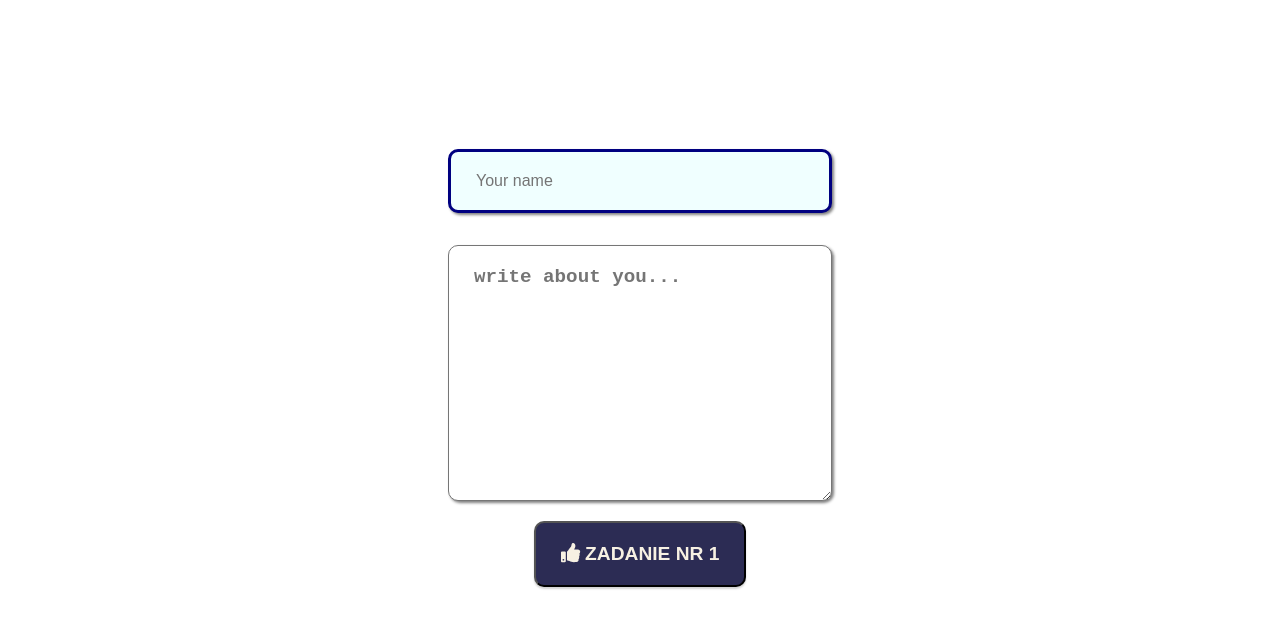
Repository: KrzysKolo/sr_tydzien3_zad_1_2_3
Page: /
An editor plug-in stored every save of this project. The page is shown before and after the next save, followed by the edit.
The browser window is 1280 px wide. The pictures show the whole page.
The project was rebuilt for these pictures with package versions that can differ from the ones it lists, and the page was loaded fresh each time.

Above is the page before, as saved 2020-11-02 17:57:10.

### src/App.js
import React,  { Component } from 'react';
import { Button, Input, Textarea } from './components/Form'
import { faThumbsUp } from "@fortawesome/free-solid-svg-icons";
import './App.css';

class App extends Component {
  state = {  }

  render() {

    return (
      <div className="app">
        <Input bgColor="azure" color="navy" borderSize="3px" borderRadius="10px" borderColor="navy" placeholder="Your name" />
        <Textarea bgColor="swan white" color="grey porcelain" borderSize="3px" borderRadius="10px" borderColor="grey porcelain" placeholder="write about you..." />
        <Button  bgColor="lucky point" color="swan white" label="Zadanie nr 1" icon={faThumbsUp}/>
      </div>
     );
  }
}

export default App;

### src/components/Form/index.js
export { default as Button} from "./Button";
export { default as Input} from "./Input";
export { default as Textarea} from "./Textarea";

### src/App.css
* {
  padding: 0;
  margin: 0;
  box-sizing: border-box;
}
.app {
  display: flex;
  flex-direction: column;
  justify-content: center;
  align-items: center;
  height: 100vh;
}

### src/components/Form/Button.js
import React from 'react';
import styled from 'styled-components';
import ColorPalet from './../Colors/ColorPalet'
import { FontAwesomeIcon } from '@fortawesome/react-fontawesome';
import { faAngellist } from '@fortawesome/free-brands-svg-icons';

const Button = ({label, color, bgColor, icon}) => {
    const Button = styled.button`
    background-color: ${ColorPalet[bgColor.toLowerCase()]};
    border-radius: 10px;
    box-shadow: 0px 2px 2px lightgray;
    color: ${ColorPalet[color.toLowerCase()]};
    cursor: pointer;
    font-weight: bold;
    font-size: 1.2rem;
    outline: 0;
    padding: 20px 25px;
    text-transform: uppercase;
    transition: ease background-color, color 0.6s;
    &:hover {
        background-color: ${ColorPalet[color.toLowerCase()]};
        color: ${ColorPalet[bgColor.toLowerCase()]};
    }
    `;
    return (

        <div>
            <Button >
                <FontAwesomeIcon icon={icon} /> {label}
            </Button>
        </div>
     );
}
Button.defaultProps = {
    bgColor: ColorPalet["grey porcelain"],
    color: ColorPalet["crocodile tooth"],
    label: "Click me",
    icon: faAngellist,
}

export default Button;

### src/components/Form/Input.js
import React from 'react';
import styled from 'styled-components';


const Input = ({placeholder, color, bgColor, borderSize, borderRadius, borderColor}) => {
    const Input = styled.input`
    background-color: ${bgColor};
    border-radius: ${borderRadius};
    border: ${borderSize} solid ${borderColor};;
    box-shadow: 2px 2px 3px grey;
    color: ${color};
    font-size: 1rem;
    height: 5vw;
    margin: 1rem auto;
    outline: 0;
    padding: 20px 25px;
    width: 30vw;
    `;
    return (

        <div>
            <Input placeholder={ placeholder }/>
        </div>
     );
}
Input.defaultProps = {
    bgColor: "beige",
    border: "3px solid olive",
    borderRadius: "15px",
    color: "midnightblue",
    placeholder: "write...",
    }

export default Input;

### src/components/Form/Textarea.js
import React from 'react';
import styled from 'styled-components';
import ColorPalet from './../Colors/ColorPalet';


const Textarea = ({placeholder, color, bgColor, borderSize, borderRadius, borderColor}) => {
    const Textarea = styled.textarea`
    background-color: ${bgColor};
    border-radius: ${borderRadius};
    border: ${borderSize} solid ${borderColor};;
    box-shadow: 2px 2px 3px grey;
    color: ${color};
    font-weight: bold;
    font-size: 1.2rem;
    height: 20vw;
    margin: 1rem auto;
    outline: 0;
    padding: 20px 25px;
    width: 30vw;
    `;
    return (

        <div>
            <Textarea placeholder={ placeholder }/>
        </div>
     );
}
Textarea.defaultProps = {
    bgColor: "beige",
    border: "3px solid olive",
    borderRadius: "15px",
    color: "midnightblue",
    placeholder: "write...",
    }

export default Textarea;

### src/components/Colors/ColorPalet.js

const ColorPalet = {
    "jackson purple": "#40407a",
    "lucky point": "#2c2c54",
    "fluorescent red": "#ff5252",
    "eye of newt": "#b33939",
    "c64 purple": "#706fd3",
    liberty: "#474787",
    "synthetic pumpkin": "#ff793f",
    "chilean fire": "#cd6133",
    "swan white": "#f7f1e3",
    "hot stone": "#aaa69d",
    "crocodile tooth": "#d1ccc0",
    "grey porcelain": "#84817a",
    "summer sky": "#34ace0",
    "devil blue": "#227093",
    "mandarin sorbet": "#ffb142",
    "alamedia ochre": "#cc8e35",
    "celestial green": "#33d9b2",
    "palm springs aplash": "#218c74",
    "spiced butternut": "#218c74",
    desert: "#ccae62",

  };

  export default ColorPalet;

Loaded but not shown: public/index.html (common file); src/index.js (common file); src/index.css (common file)

After the next save:
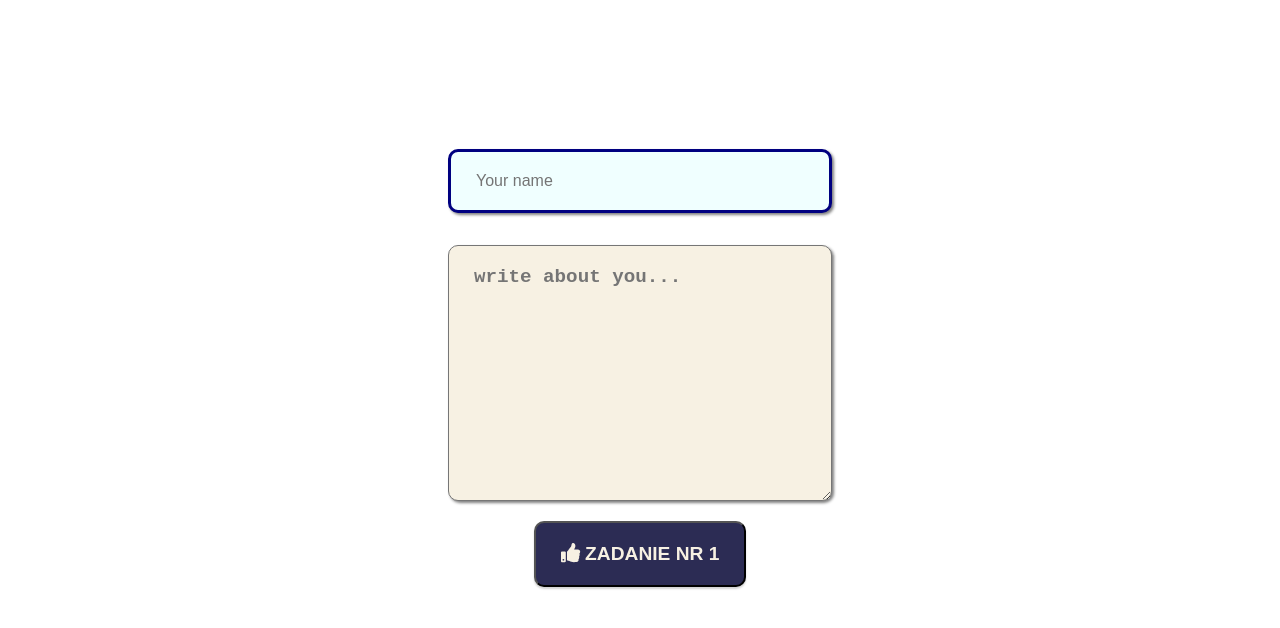
Saved 39 s later.
--- a/src/components/Form/Textarea.js
+++ b/src/components/Form/Textarea.js
@@ -5,7 +5,7 @@ import ColorPalet from './../Colors/ColorPalet';
 
 const Textarea = ({placeholder, color, bgColor, borderSize, borderRadius, borderColor}) => {
     const Textarea = styled.textarea`
-    background-color: ${bgColor};
+    background-color: ${ColorPalet[bgColor.toLowerCase()]};
     border-radius: ${borderRadius};
     border: ${borderSize} solid ${borderColor};;
     box-shadow: 2px 2px 3px grey;
